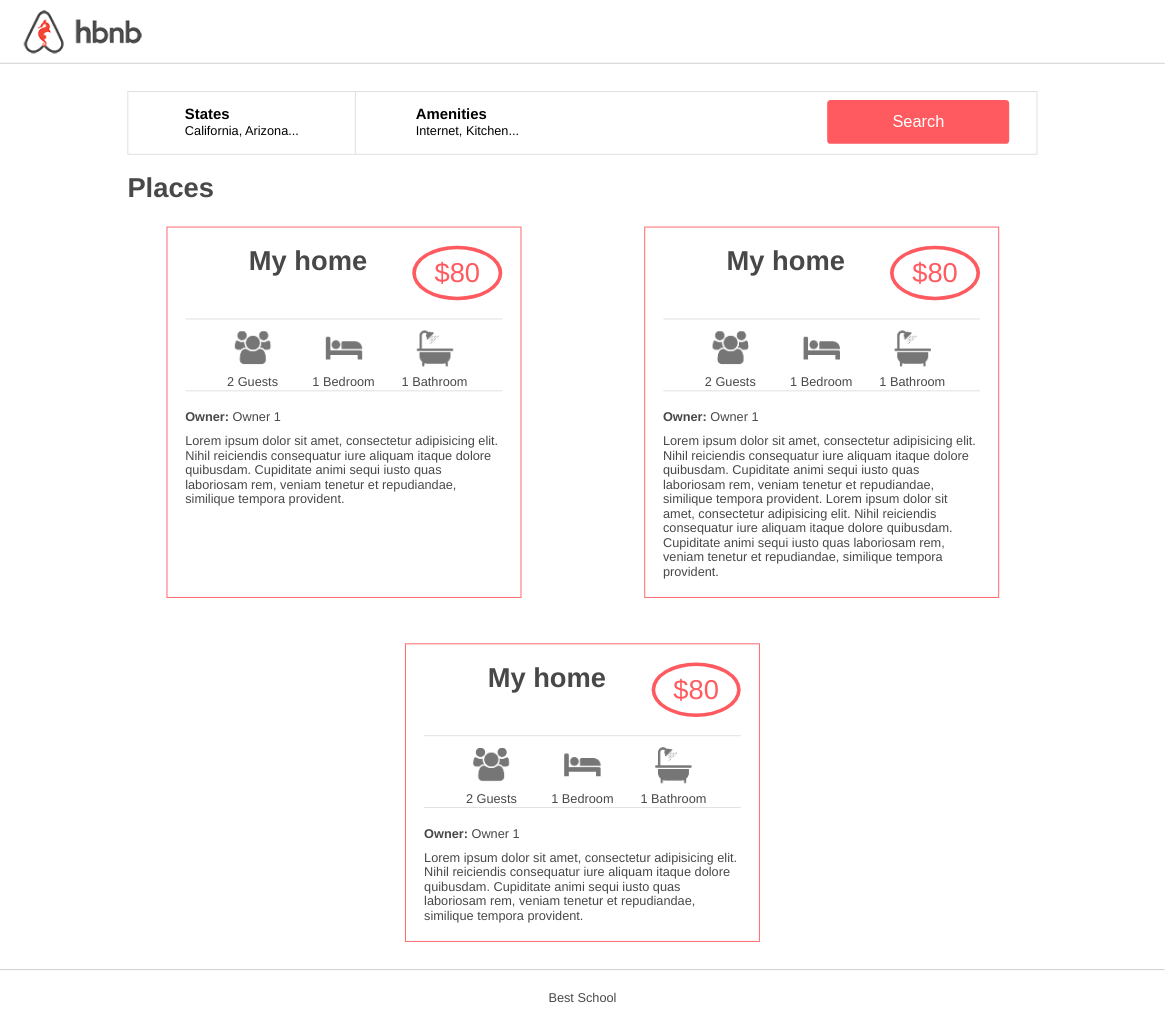
Repository: Eng-0marleves/AirBnB_clone
Page: web_static/8-index.html
An editor plug-in stored every save of this project. The page is shown before and after the next save, followed by the edit.
The browser window is 1280 px wide. The pictures show the whole page, at 91% of full size.

Above is the page before, as saved 2023-12-18 07:54:33.

After the next save:
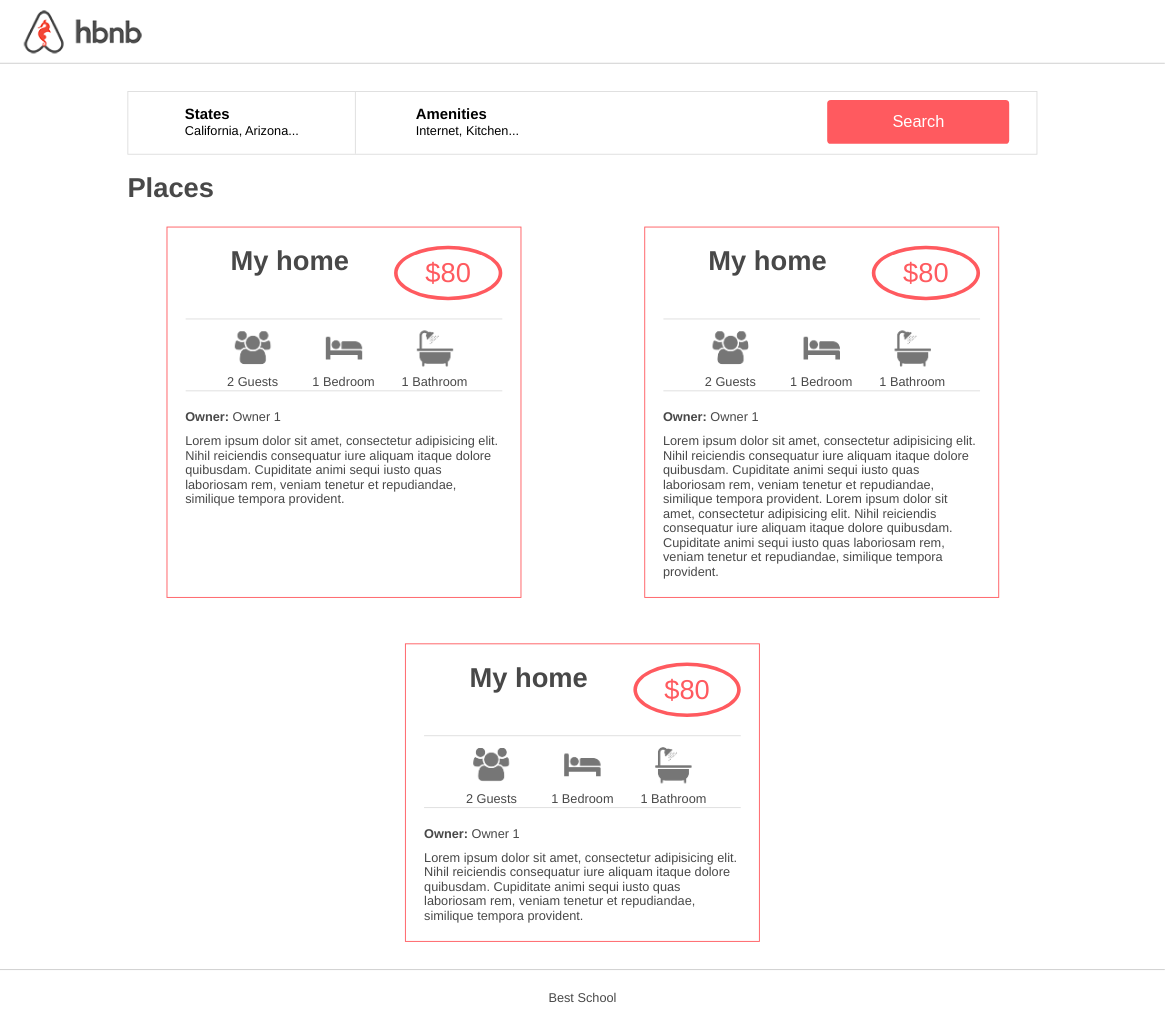
Saved 16 s later.
--- a/web_static/styles/8-places.css
+++ b/web_static/styles/8-places.css
@@ -42,7 +42,7 @@
   display: flex;
   justify-content: center;
   align-items: center;
-  padding: 20px;
+  padding: 20px 30px;
   border-radius: 50%;
 }
 
